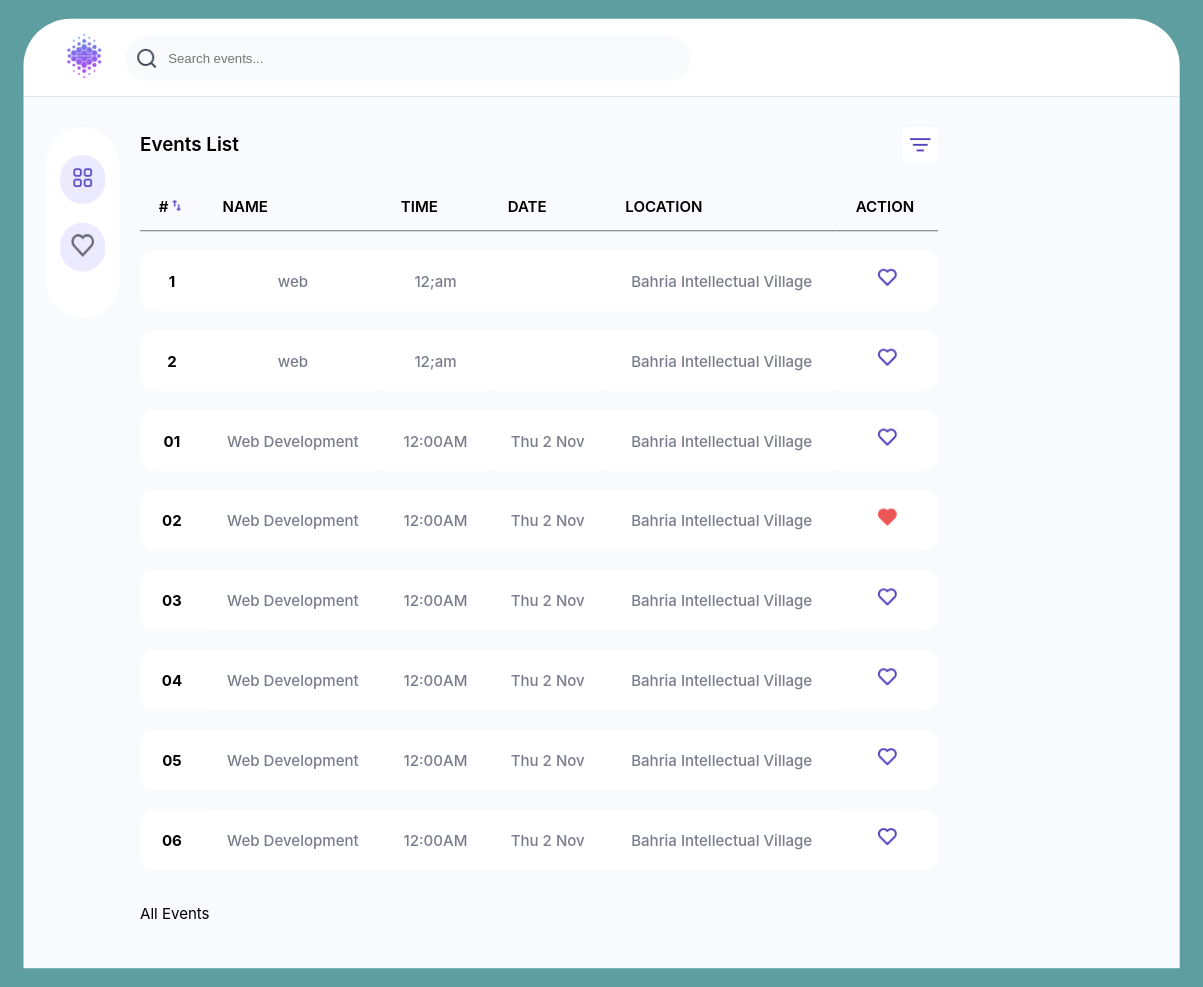
Repository: ahmadunitedsol710/react-dashboard
Page: /
The author's editor kept a copy of each file at every save. The page is drawn from the files as they stood at one save, then again after the next save.
The browser window is 1280 px wide. The pictures show the whole page, at 94% of full size.
The project was rebuilt for these pictures with package versions that can differ from the ones it lists, and the page was loaded fresh each time.

Above is the page before, as saved 2024-07-30 11:30:01.

After the next save:
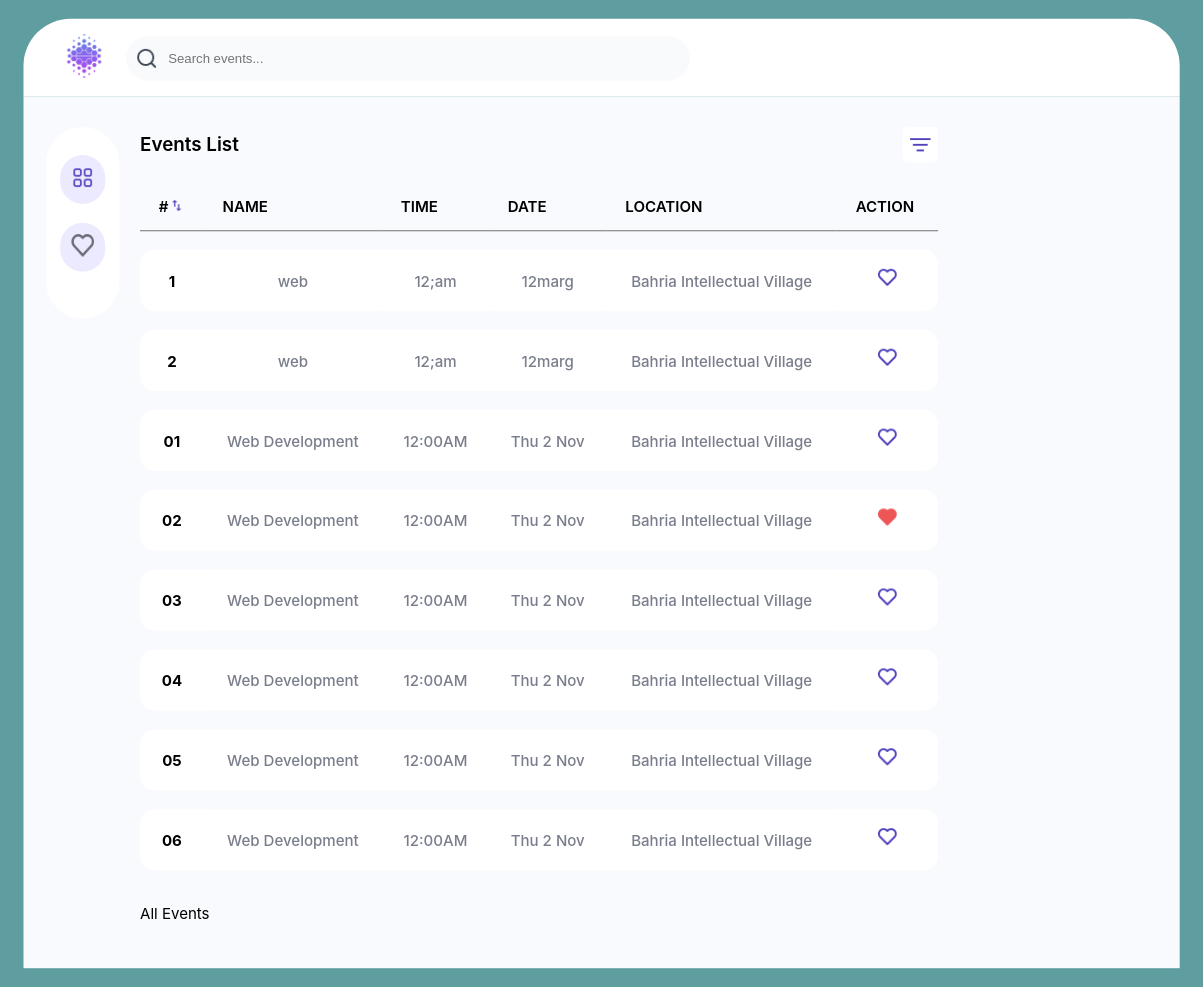
Saved 4 s later.
--- a/src/Components/Body/eventlist.js
+++ b/src/Components/Body/eventlist.js
@@ -36,7 +36,7 @@ const Eventlist = () => {
                                 <td className='index' data-label="index">{data.id}</td>
                                 <td className='details' data-label="name">{data.name}</td>
                                 <td className='details' data-label="time">{data.time}</td>
-                                <td className='details' data-label="date">{data.loca}</td>
+                                <td className='details' data-label="date">{data.date}</td>
                                 <td className='details' data-label="location">Bahria Intellectual Village</td>
                                 <td className='details' data-label="location"> <img src={emptyfav} alt="emptyfav" /> </td>
                             </tr>
